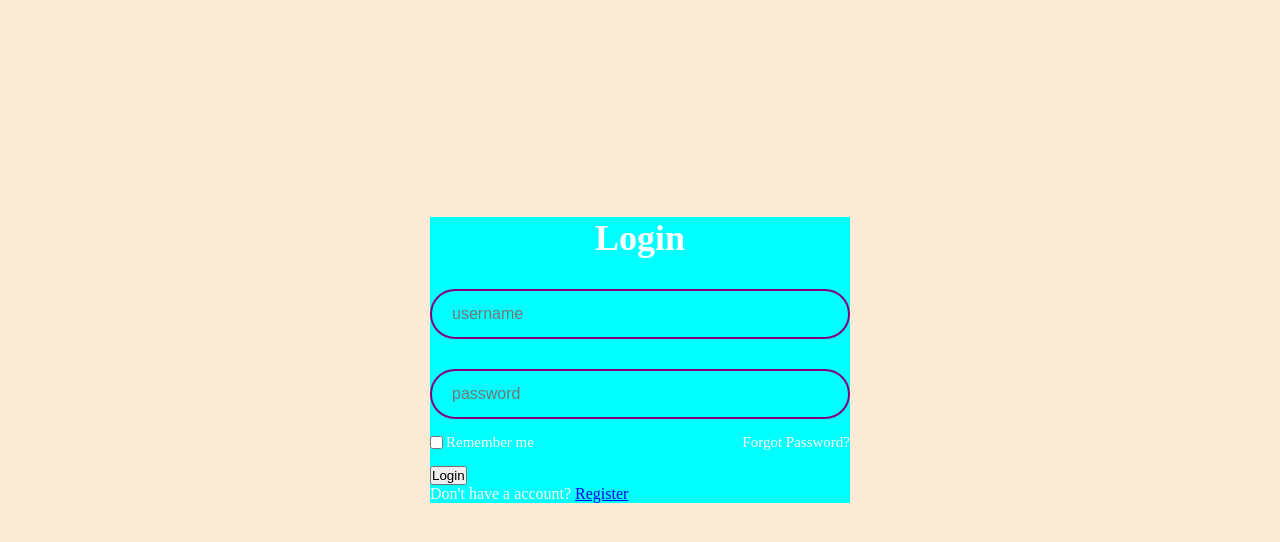
Repository: Kubraaygun/Html_Css_Login
Page: index.html
The author's editor kept a copy of each file at every save. The page is drawn from the files as they stood at one save, then again after the next save.
The browser window is 1280 px wide. The pictures show the whole page.

Above is the page before, as saved 2025-03-05 19:43:31.

### index.html
<!DOCTYPE html>
<html lang="en">
  <head>
    <meta charset="UTF-8" />
    <meta name="viewport" content="width=device-width, initial-scale=1.0" />
    <title>HTML</title>
    <link rel="stylesheet" href="style.css" />
    <link
      rel="stylesheet"
      href="https://fonts.googleapis.com/icon?family=Material+Icons"
    />
  </head>

  <body>
    <div class="container">
      <form action="">
        <!-- Baslik -->
        <h1 class="login">Login</h1>

        <!-- input alanimiz -->

        <!-- surname -->
        <div class="input-box">
          <input type="text" required placeholder="username" />
        </div>

        <!-- Password -->
        <div class="input-box">
          <input type="password" required placeholder="password" />
        </div>

        <!-- Remember me Alani -->
        <div class="remember-me">
          <label>
            <input class="checkbox" type="checkbox" />Remember
            <span>&nbsp;</span>me
          </label>
          <a class="forgotPassword" href="">Forgot Password?</a>
        </div>

        <!-- Button -->
        <button type="submit" class="button">Login</button>

        <!-- Register Link -->
        <div class="register-link">
          <p>Don't have a account? <a href="#"> Register</a></p>
        </div>
      </form>
    </div>
  </body>
</html>

### style.css
* {
  margin: 0;
  padding: 0;
  box-sizing: border-box;
}

body {
  display: flex;
  justify-content: center;
  align-items: center;
  min-height: 100vh; /* vh: Tarayici penceresinin yuksekligine gore yuzde olarak boyut belirler. 1vh pencere yuksekliginin %1ine esittir */
  background-color: antiquewhite;
}

.container {
  width: 420px;
  background-color: cyan;
  color: white;
}

.login {
  font-size: 36px;
  text-align: center;
}
.input-box {
  width: 100%;
  height: 50px;
  margin: 30px 0;
}

input {
  width: 100%;
  height: 100%;
  background-color: transparent;
  border: none;
  outline: none;
  border: 2px solid purple;
  border-radius: 30px;
  font-size: 16px;
  color: purple;
  padding: 20px;
}
input:hover {
  background-color: pink;
}

.remember-me {
  display: flex;
  justify-content: space-between;
  font-size: 15px;
  margin: -15px 0 15px;
}

label {
  display: flex;
  align-items: center;
}

.checkbox {
  accent-color: purple;
  margin-right: 3px;
}
.forgotPassword {
  color: #fff;
  text-decoration: none;
}

After the next save:
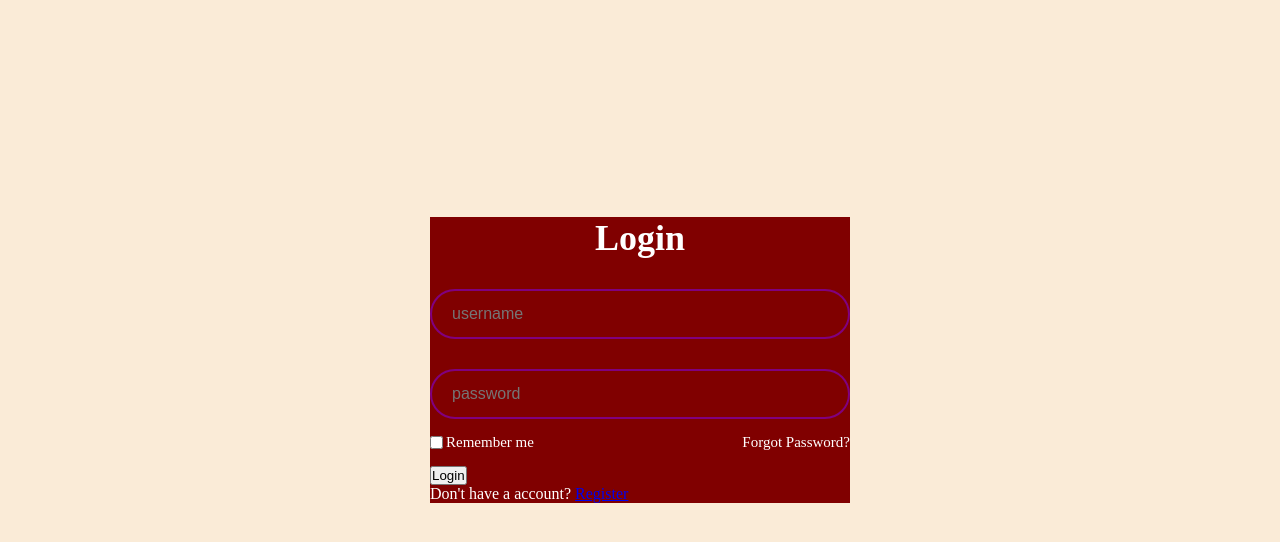
Saved 7 s later.
--- a/style.css
+++ b/style.css
@@ -14,7 +14,7 @@ body {
 
 .container {
   width: 420px;
-  background-color: cyan;
+  background-color: maroon;
   color: white;
 }
 
